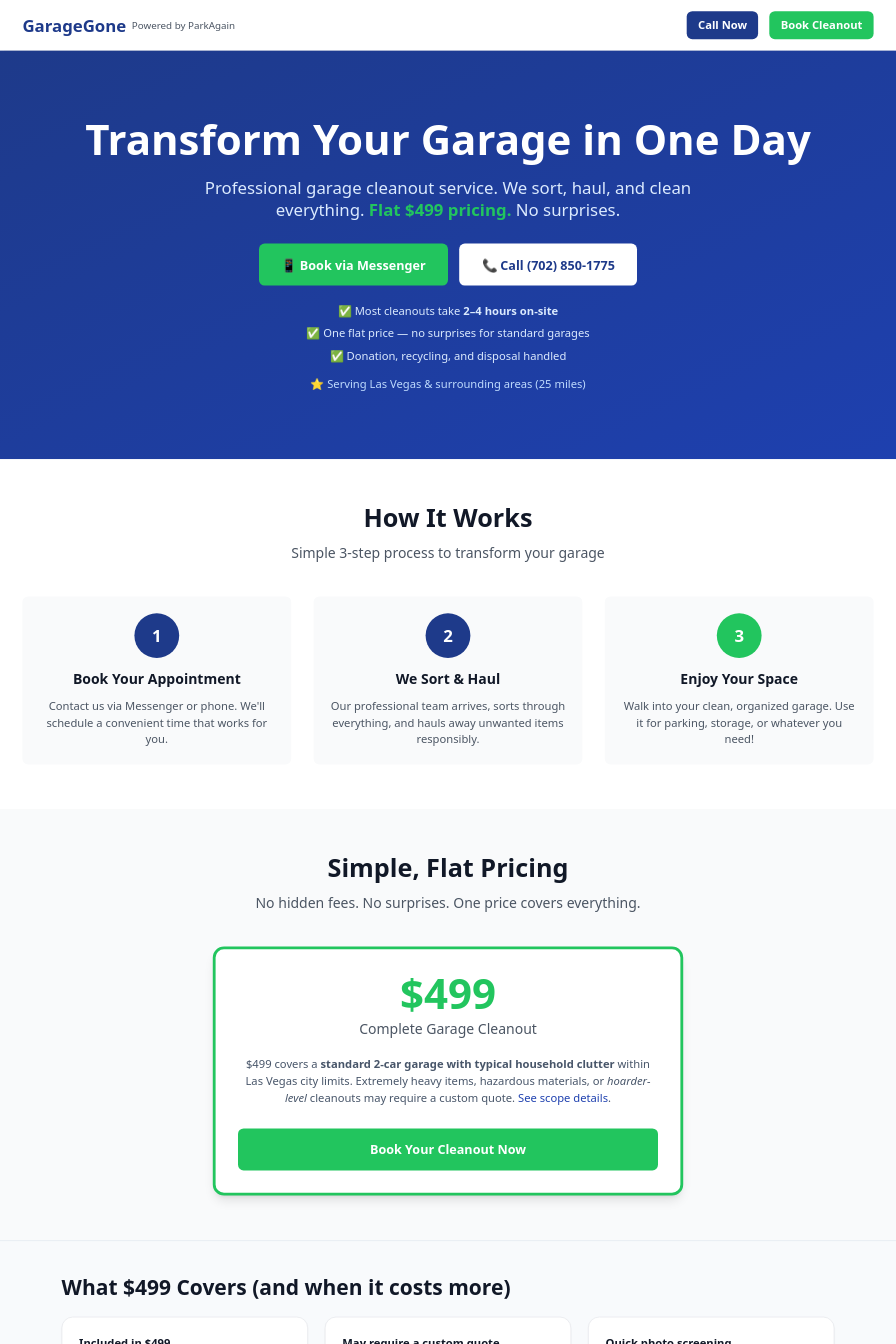
Repository: nikwhite1169/garagegone
Page: index.html
These files come from the project's save history. The page is drawn as it stood at one moment and after the next save; the edit follows.
The browser window is 1280 px wide. The pictures show the part of the page from y = 0 to 1920 px (the page is 5268 px tall before and 5300 px after), at 70% of full size.
Some web libraries are served in a nearby version.

Above is the page before, as saved 2025-09-15 17:42:14.

After the next save:
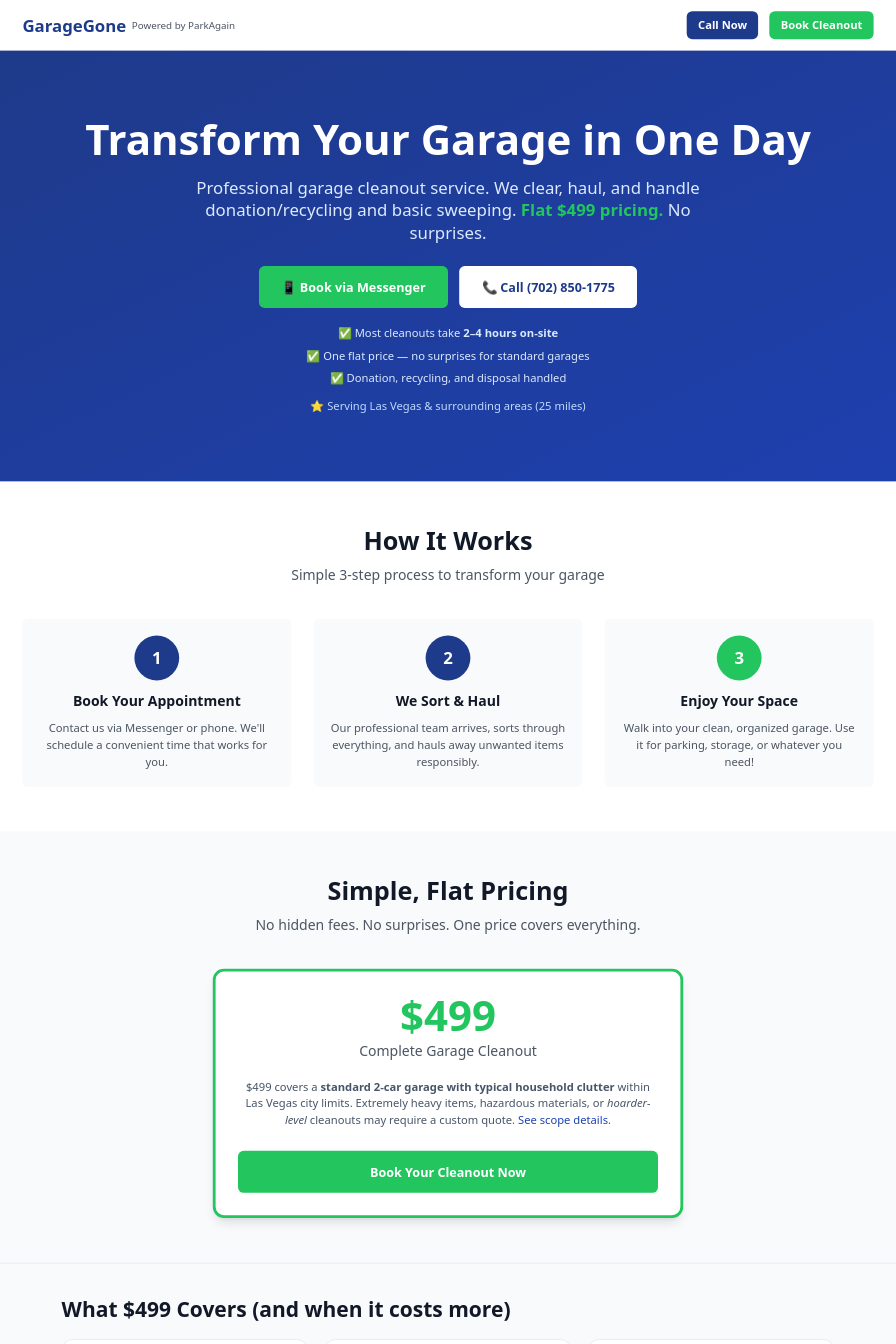
Saved 6 h 33 min later.
--- a/index.html
+++ b/index.html
@@ -157,7 +157,7 @@
                     Transform Your Garage in One Day
                 </h2>
                 <p class="text-xl md:text-2xl mb-8 text-blue-100 max-w-3xl mx-auto">
-                    Professional garage cleanout service. We sort, haul, and clean everything.
+                    Professional garage cleanout service. We clear, haul, and handle donation/recycling and basic sweeping.
                     <strong class="text-brand-green">Flat $499 pricing.</strong> No surprises.
                 </p>
                 <div class="flex flex-col sm:flex-row gap-4 justify-center items-center">
